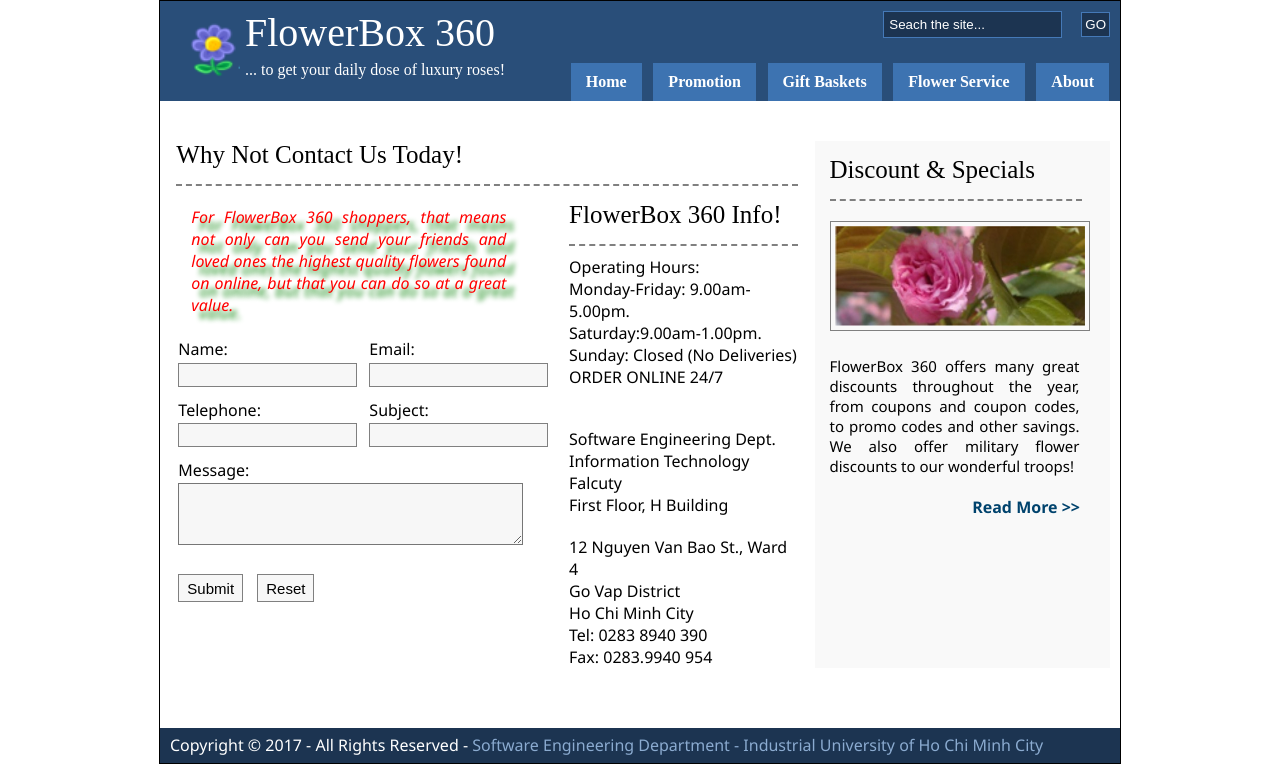
Repository: thu1365/BTKT_WEB
Page: HTML/btkt.html
An editor plug-in stored every save of this project. The page is shown before and after the next save, followed by the edit.
The browser window is 1280 px wide. The pictures show the whole page.

Above is the page before, as saved 2023-03-11 20:37:57.

After the next save:
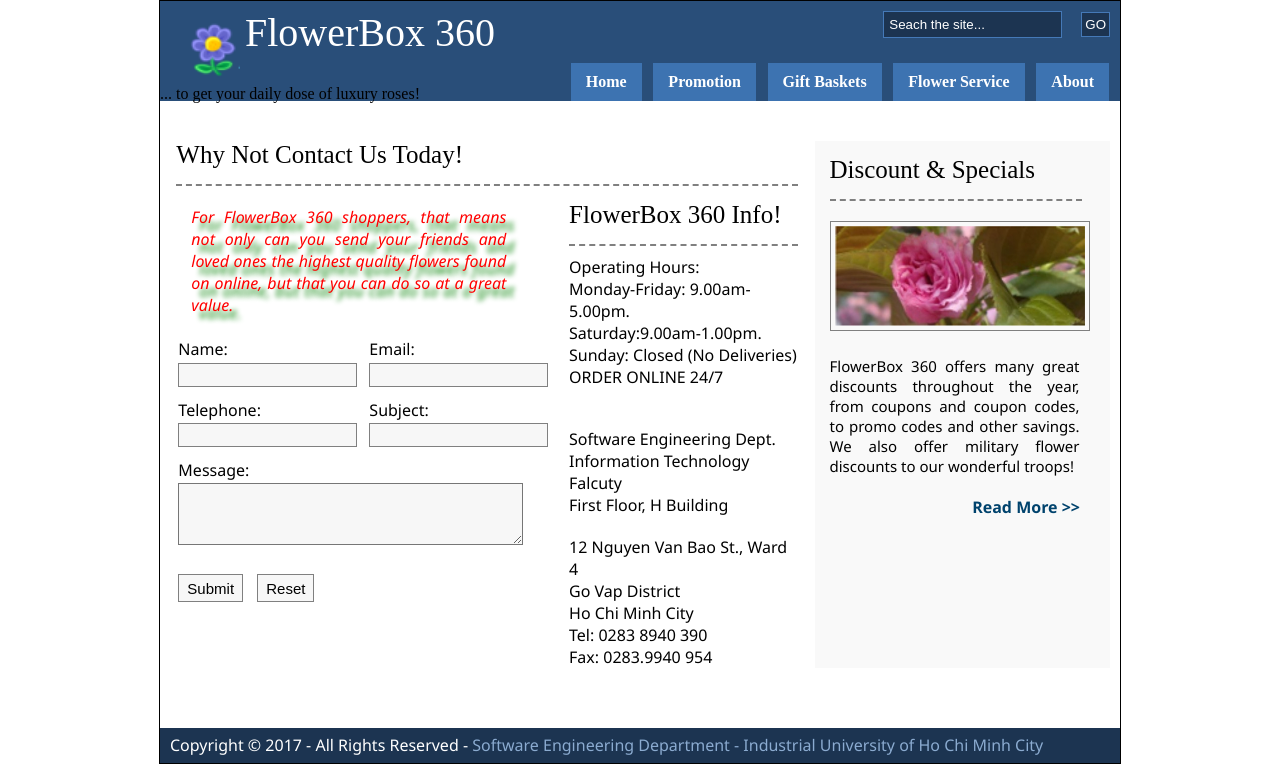
Saved 61 s later.
--- a/HTML/btkt.html
+++ b/HTML/btkt.html
@@ -33,7 +33,7 @@
             height: 80px;
         }
 
-        .web_name {
+        .name1 {
             font-size: 40px;
             color: #fff;
             position: absolute;
@@ -41,7 +41,7 @@
             top: 8px;
         }
 
-        .des_web_name {
+        .name2 {
             color: #fff;
             position: absolute;
             left: 85px;
@@ -280,8 +280,8 @@
     <div class="wrapper">
         <header>
             <img src="/IMAGE/AnhLogo.PNG" alt="" class="logo">
-            <p class="web_name">FlowerBox 360</p>
-            <p class="des_web_name">... to get your daily dose of luxury roses!</p>
+            <p class="name1">FlowerBox 360</p>
+            <p class="namm2">... to get your daily dose of luxury roses!</p>
             <form action="" class="seach_form">
                 <input type="text" name="" id="seach_form_inp" placeholder="Seach the site...">
                 <input id="seach_form_btn" type="button" value="GO">

After the save that followed:
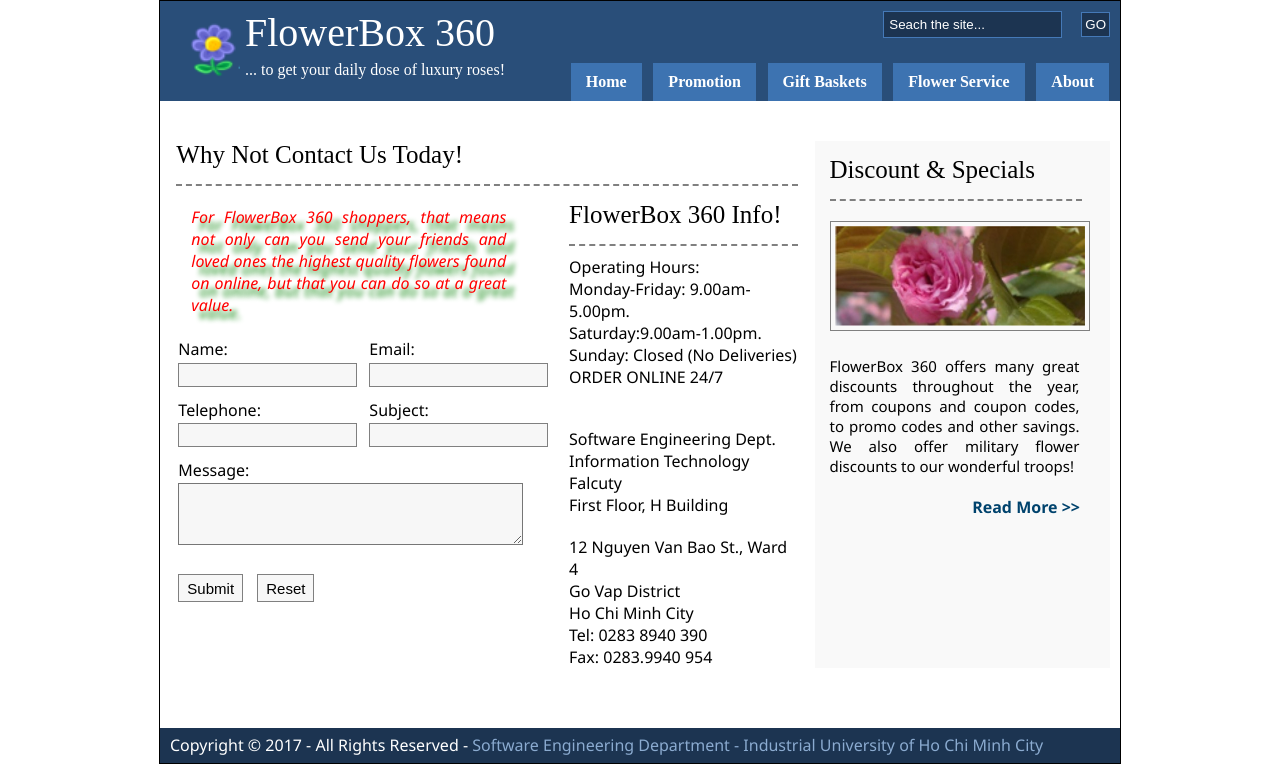
Saved 8 s later.
--- a/HTML/btkt.html
+++ b/HTML/btkt.html
@@ -281,7 +281,7 @@
         <header>
             <img src="/IMAGE/AnhLogo.PNG" alt="" class="logo">
             <p class="name1">FlowerBox 360</p>
-            <p class="namm2">... to get your daily dose of luxury roses!</p>
+            <p class="name2">... to get your daily dose of luxury roses!</p>
             <form action="" class="seach_form">
                 <input type="text" name="" id="seach_form_inp" placeholder="Seach the site...">
                 <input id="seach_form_btn" type="button" value="GO">
